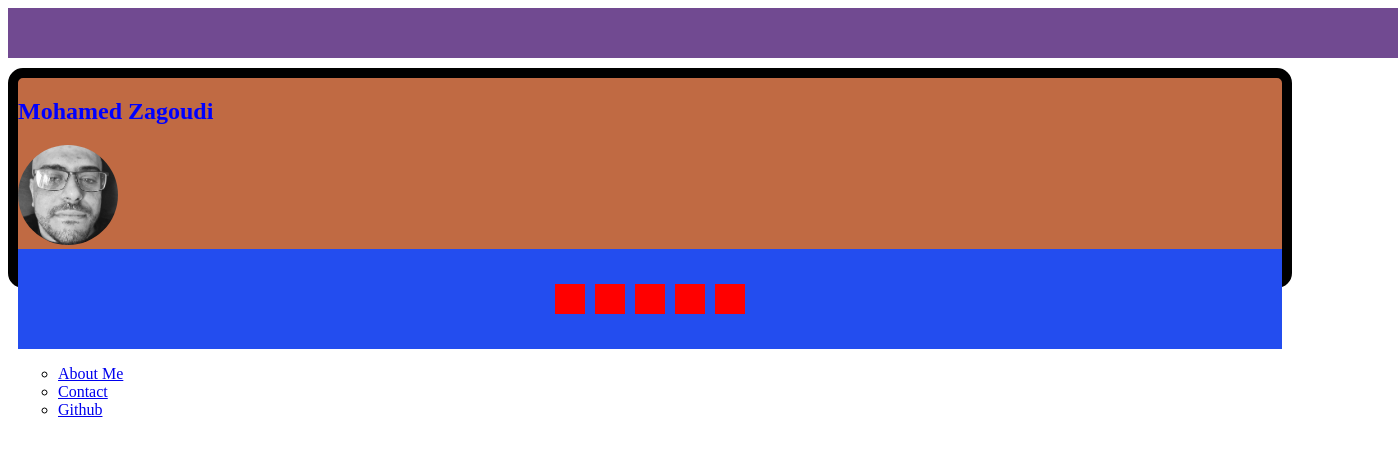
Repository: Mohzagou/Eersteportofolio
Page: index.html
The author's editor kept a copy of each file at every save. The page is drawn from the files as they stood at one save, then again after the next save.
The browser window is 1280 px wide. The page is 1398 px wide, then 1292 px, so the pictures cover 1398 px, including what lies to the right of the window. The pictures show the whole page.

Above is the page before, as saved 2022-06-07 22:33:35.

### index.html
<!DOCTYPE html>


<head>
    <link rel="stylesheet" href="styles.css" />
    <meta charset="UTF-8">

    <title>Document</title>
</head>

<body>

    <header></header>
    <div class="about-me">
        <h2 id="name">Mohamed Zagoudi</h2>
        <img class="avatar" src="images/67gwzvy.jpeg" alt="Mohamed Zagoudi headshot">


        <section>
            <div class="test"></div>
            <div class="test"></div>
            <div class="test"></div>
            <div class="test"></div>
            <div class="test"></div>
        </section>
        <footer>
            <ul style="list-style-type: circle ">
                <li><a href=" ">About Me</a></li>
                <li><a href=" ">Contact</a></li>
                <li><a href="https://github.com/Mohzagou ">Github</a></li>

            </ul>

        </footer>



</body>



</html>

### styles.css
body {
    display: flex;
    flex-direction: column;
}

header {
    width: 110%;
    height: 50px;
    background-color: rgb(113, 74, 145);
}

section {
    width: 100%;
    height: 100px;
    background-color: #234def;
    display: flex;
    align-items: center;
    justify-content: center;
}

.about-me {
    width: 100%;
    height: 200px;
    background-color: rgb(177, 69, 21, 0.8);
    margin: 10px 0 10px 0;
    border: solid black 10px;
    border-radius: 15px;
}

.avatar {
    width: 100px;
    border-radius: 50px;
}

#name {
    color: blue;
}

.test {
    width: 30px;
    height: 30px;
    background-color: red;
    margin: 5px;
}

After the next save:
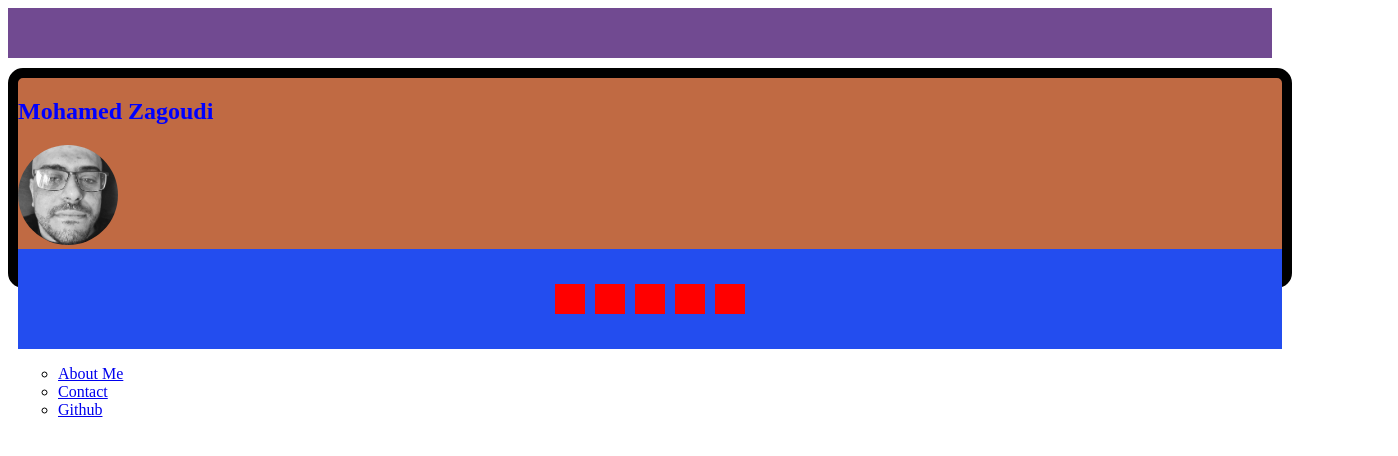
Saved 28 s later.
--- a/styles.css
+++ b/styles.css
@@ -4,7 +4,7 @@ body {
 }
 
 header {
-    width: 110%;
+    width: 100%;
     height: 50px;
     background-color: rgb(113, 74, 145);
 }
